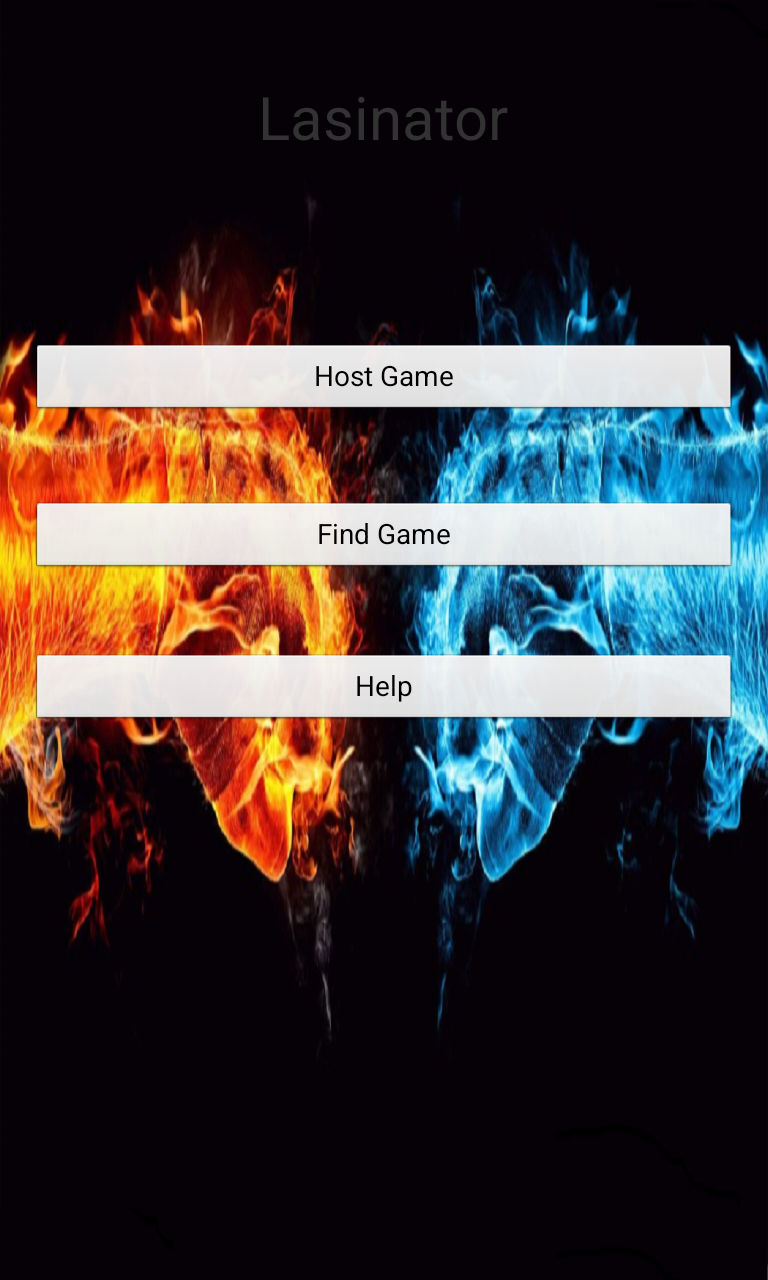
Repository: mfischetti/LaserAppRepository
Layout: workspace/Laser/res/layout/activity_main.xml
An editor plug-in stored every save of this project. The layout is shown before and after the next save, followed by the edit.
It is drawn on a 768 x 1280 px phone screen (xhdpi) without system bars, with theme AppTheme; the app's code is not run.

Above is the layout before, as saved 2013-10-01 02:08:16.

### workspace/Laser/res/layout/activity_main.xml
<RelativeLayout xmlns:android="http://schemas.android.com/apk/res/android"
    xmlns:tools="http://schemas.android.com/tools"
    android:layout_width="wrap_content"
    android:layout_height="wrap_content"
    android:background="@drawable/homescreenbackground"
    android:paddingBottom="@dimen/activity_vertical_margin"
    android:paddingLeft="@dimen/activity_horizontal_margin"
    android:paddingRight="@dimen/activity_horizontal_margin"
    android:paddingTop="@dimen/activity_vertical_margin"
    tools:context=".MainActivity" >

    <Button
        android:id="@+id/find"
        style="?android:attr/buttonStyleSmall"
        android:layout_width="match_parent"
        android:layout_height="wrap_content"
        android:layout_alignLeft="@+id/host"
        android:layout_below="@+id/host"
        android:layout_marginTop="43dp"
        android:text="Find Game" />

    <Button
        android:id="@+id/help"
        style="?android:attr/buttonStyleSmall"
        android:layout_width="match_parent"
        android:layout_height="wrap_content"
        android:layout_alignLeft="@+id/find"
        android:layout_below="@+id/find"
        android:layout_marginTop="40dp"
        android:text="Help" />

    <Button
        android:id="@+id/host"
        style="?android:attr/buttonStyleSmall"
        android:layout_width="match_parent"
        android:layout_height="wrap_content"
        android:layout_alignParentTop="true"
        android:layout_centerHorizontal="true"
        android:layout_marginTop="156dp"
        android:text="Host Game" />

    <TextView
        android:id="@+id/title"
        android:layout_width="wrap_content"
        android:layout_height="wrap_content"
        android:layout_alignParentTop="true"
        android:layout_centerHorizontal="true"
        android:layout_marginTop="22dp"
        android:text="Lasinator"
        android:textSize="30sp" />

</RelativeLayout>

Loaded but not shown: workspace/Laser/res/values/styles.xml (common file); workspace/Laser/res/values/dimens.xml (common file)

After the next save:
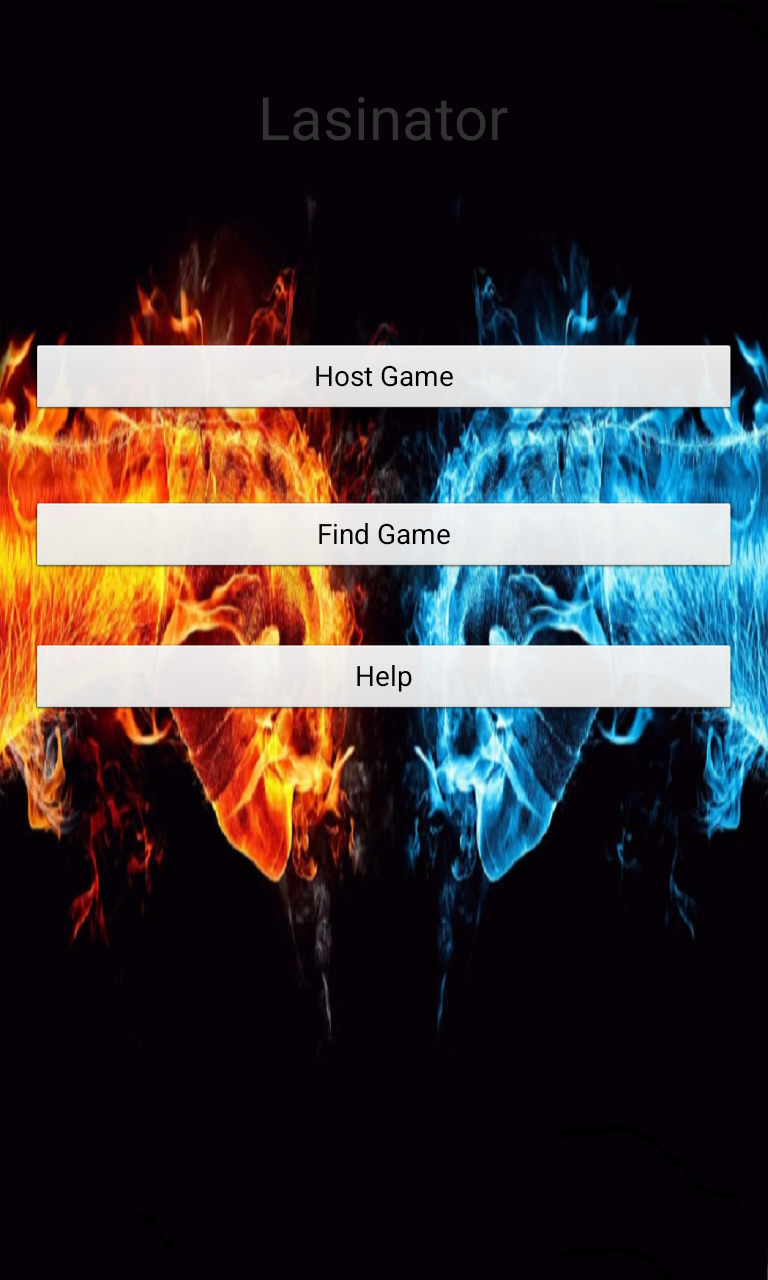
Saved 9 min 31 s later.
--- a/workspace/Laser/res/layout/activity_main.xml
+++ b/workspace/Laser/res/layout/activity_main.xml
@@ -20,16 +20,6 @@
         android:text="Find Game" />
 
     <Button
-        android:id="@+id/help"
-        style="?android:attr/buttonStyleSmall"
-        android:layout_width="match_parent"
-        android:layout_height="wrap_content"
-        android:layout_alignLeft="@+id/find"
-        android:layout_below="@+id/find"
-        android:layout_marginTop="40dp"
-        android:text="Help" />
-
-    <Button
         android:id="@+id/host"
         style="?android:attr/buttonStyleSmall"
         android:layout_width="match_parent"
@@ -49,4 +39,14 @@
         android:text="Lasinator"
         android:textSize="30sp" />
 
+    <Button
+        android:id="@+id/help"
+        style="?android:attr/buttonStyleSmall"
+        android:layout_width="match_parent"
+        android:layout_height="wrap_content"
+        android:layout_alignLeft="@+id/find"
+        android:layout_below="@+id/find"
+        android:layout_marginTop="35dp"
+        android:text="Help" />
+
 </RelativeLayout>
